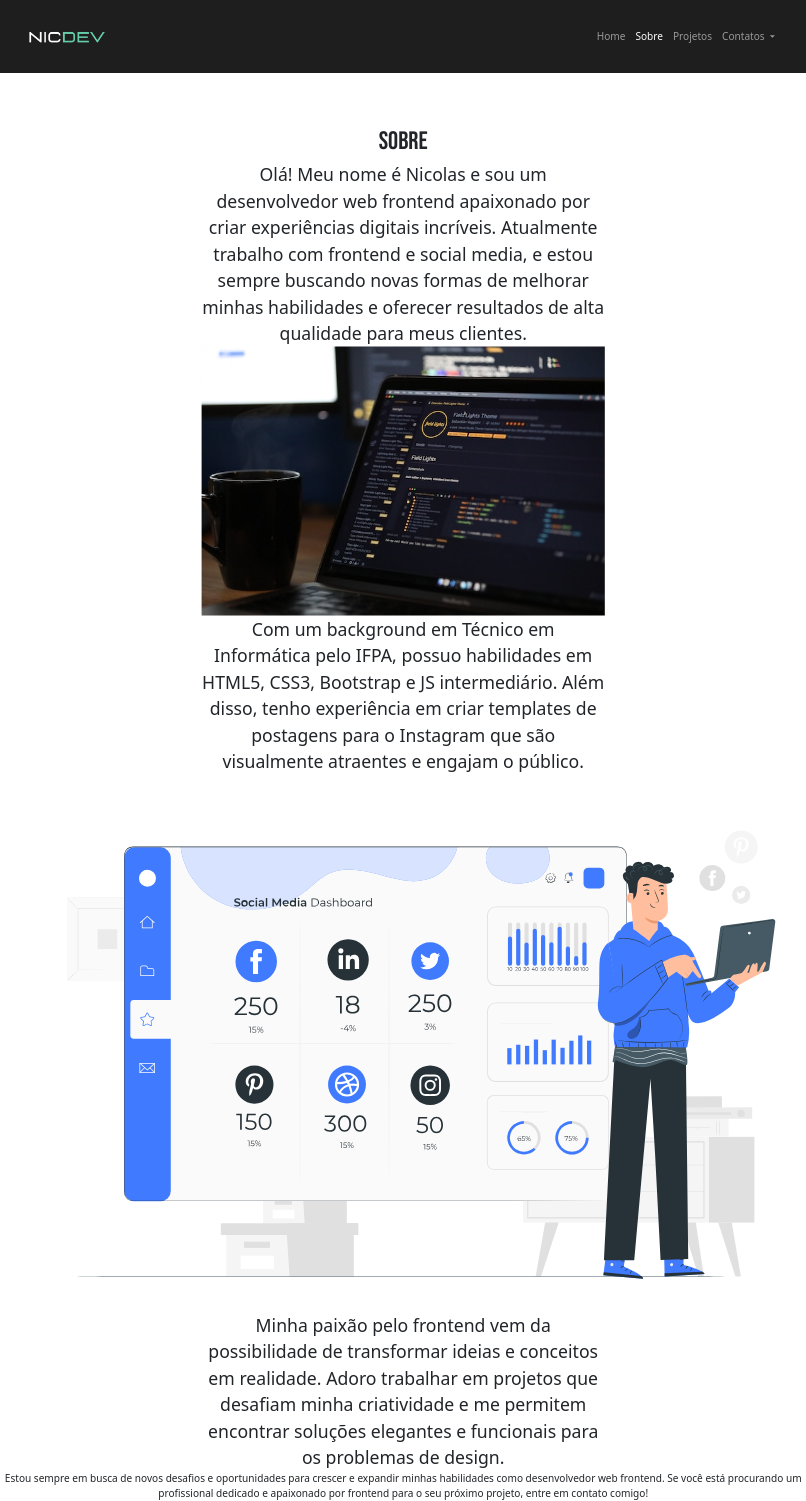
Repository: Leonngc/nicdev
Page: about.html
An editor plug-in stored every save of this project. The page is shown before and after the next save, followed by the edit.
The browser window is 1280 px wide. The pictures show the whole page, at 63% of full size.
Some web libraries are served in a nearby version.

Above is the page before, as saved 2023-04-15 17:44:38.

### about.html
<html lang="pt-br">
<head>
    <meta charset="UTF-8">
    <meta http-equiv="X-UA-Compatible" content="IE=edge">
    <meta name="viewport" content="width=device-width, initial-scale=1.0">
    <title>nicdev - Sobre</title>
    <link href="https://cdn.jsdelivr.net/npm/bootstrap@5.0.2/dist/css/bootstrap.min.css" rel="stylesheet" integrity="sha384-EVSTQN3/azprG1Anm3QDgpJLIm9Nao0Yz1ztcQTwFspd3yD65VohhpuuCOmLASjC" crossorigin="anonymous">
    <link rel="stylesheet" href="styles/scrollbar.css">
    <link rel="stylesheet" href="styles/about.css">
</head>
<body>

<header style="background-color: #1e1e1e; padding: 30px;" class="fixed-top">

        <nav class="navbar navbar-expand-lg navbar-dark">
            <div class="container-fluid">
              <a class="navbar-brand" href="index.html"><img src="images/nicdev-logo.png" alt="logo da NicDev" style="width: 130px"></a>
              <button class="navbar-toggler" type="button" data-bs-toggle="collapse" data-bs-target="#navbarNavDropdown" aria-controls="navbarNavDropdown" aria-expanded="false" aria-label="Toggle navigation">
                <span class="navbar-toggler-icon"></span>
              </button>
              <div class="collapse navbar-collapse justify-content-end" id="navbarNavDropdown">
                <ul class="navbar-nav ">
                  <li class="nav-item">
                    <a class="nav-link" href="index.html" target="_parent">Home</a>
                  </li>
                  <li class="nav-item">
                    <a class="nav-link active disabled" href="#">Sobre</a>
                  </li>
                  <li class="nav-item">
                    <a class="nav-link" href="projects.html" target="_parent">Projetos</a>
                  </li>

                  <li class="nav-item dropdown">
                    <a class="nav-link dropdown-toggle" href="#" id="navbarDropdownMenuLink" role="button" data-bs-toggle="dropdown" aria-expanded="false">
                      Contatos
                    </a>
                    <ul class="dropdown-menu" aria-labelledby="navbarDropdownMenuLink">
                      <li><a class="dropdown-item" href="#">WhatsApp <img src="images/whatsapp.png" alt="" class="redes-logo"></a></li>
                      <li><a class="dropdown-item" href="#">Email <img src="images/gmail (1).png" alt="" class="redes-logo"></a></li>
                      <li><a class="dropdown-item" href="#">Linkedin <img src="images/linkedin.png" alt="" class="redes-logo"></a></li>
                    </ul>
                  </li>
                </ul>
              </div>
            </div>
          </nav>
</header>


<main>

<h2>Sobre</h2>
<p>Olá! Meu nome é Nicolas e sou um desenvolvedor web frontend apaixonado por criar experiências digitais incríveis. Atualmente trabalho com frontend e social media, e estou sempre buscando novas formas de melhorar minhas habilidades e oferecer resultados de alta qualidade para meus clientes.</p>
<img src="images/desktopcode.jpg" alt="">

<p>Com um background em Técnico em Informática pelo IFPA, possuo habilidades em HTML5, CSS3, Bootstrap e JS intermediário. Além disso, tenho experiência em criar templates de postagens para o Instagram que são visualmente atraentes e engajam o público.</p>
<img src="images/Social Dashboard-pana.svg" alt="">
<p>Minha paixão pelo frontend vem da possibilidade de transformar ideias e conceitos em realidade. Adoro trabalhar em projetos que desafiam minha criatividade e me permitem encontrar soluções elegantes e funcionais para os problemas de design.</p>

Estou sempre em busca de novos desafios e oportunidades para crescer e expandir minhas habilidades como desenvolvedor web frontend. Se você está procurando um profissional dedicado e apaixonado por frontend para o seu próximo projeto, entre em contato comigo!
</main>

    <script src="https://cdn.jsdelivr.net/npm/bootstrap@5.0.2/dist/js/bootstrap.bundle.min.js" integrity="sha384-MrcW6ZMFYlzcLA8Nl+NtUVF0sA7MsXsP1UyJoMp4YLEuNSfAP+JcXn/tWtIaxVXM" crossorigin="anonymous"></script>
</body>
</html>

### styles/scrollbar.css
body{
    overflow-x: hidden;
}
body::-webkit-scrollbar {
    width: 6px;               /* width of the entire scrollbar */
  }

  body::-webkit-scrollbar-track {
    background: rgb(5, 5, 5);        /* color of the tracking area */
  }

  body::-webkit-scrollbar-thumb {
    background-color: #4BC6B9;    /* color of the scroll thumb */
    border-radius: 20px;       /* roundness of the scroll thumb */
  }

  .redes-logo{
    width: 30px;
    padding: 6px;
  }

### styles/about.css
@import url('https://fonts.googleapis.com/css2?family=Bebas+Neue&display=swap'); /* CDN GOOGLE  FONT */
@import url('https://cdn-uicons.flaticon.com/uicons-solid-straight/css/uicons-solid-straight.css'); /* CDN ICON*/
@font-face {
    font-family: Lastica;
    src: url(../fonts/instrg.ttf)
}

*{
    max-width: 100vw;
}

:root{
 --bebas-neue : 'Bebas Neue', cursive;
}

main{
    margin-top: 200px;
}

body{
    max-width: 100vw;
    overflow-x: hidden;
}

main{
    text-align: center;

}

h2{
    font-family: var(--bebas-neue), sans-serif;
    font-size: 40px;

}

p{
    width: 50vw;
    font-size: 28px;
    margin: auto;
    f
}

After the next save:
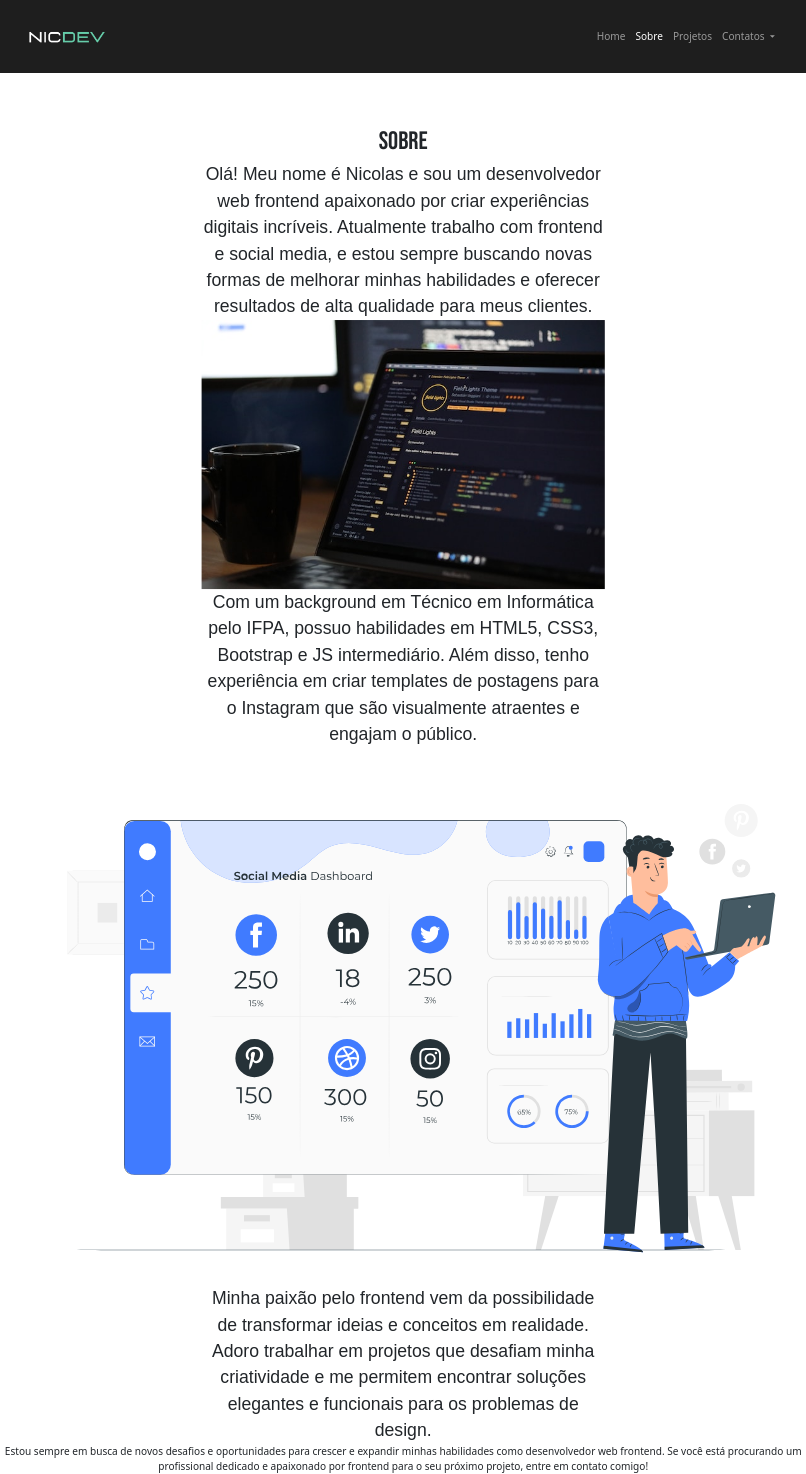
Saved 4 s later.
--- a/styles/about.css
+++ b/styles/about.css
@@ -37,5 +37,6 @@ p{
     width: 50vw;
     font-size: 28px;
     margin: auto;
-    f
+    font-family: sans-serif;
+
 }
